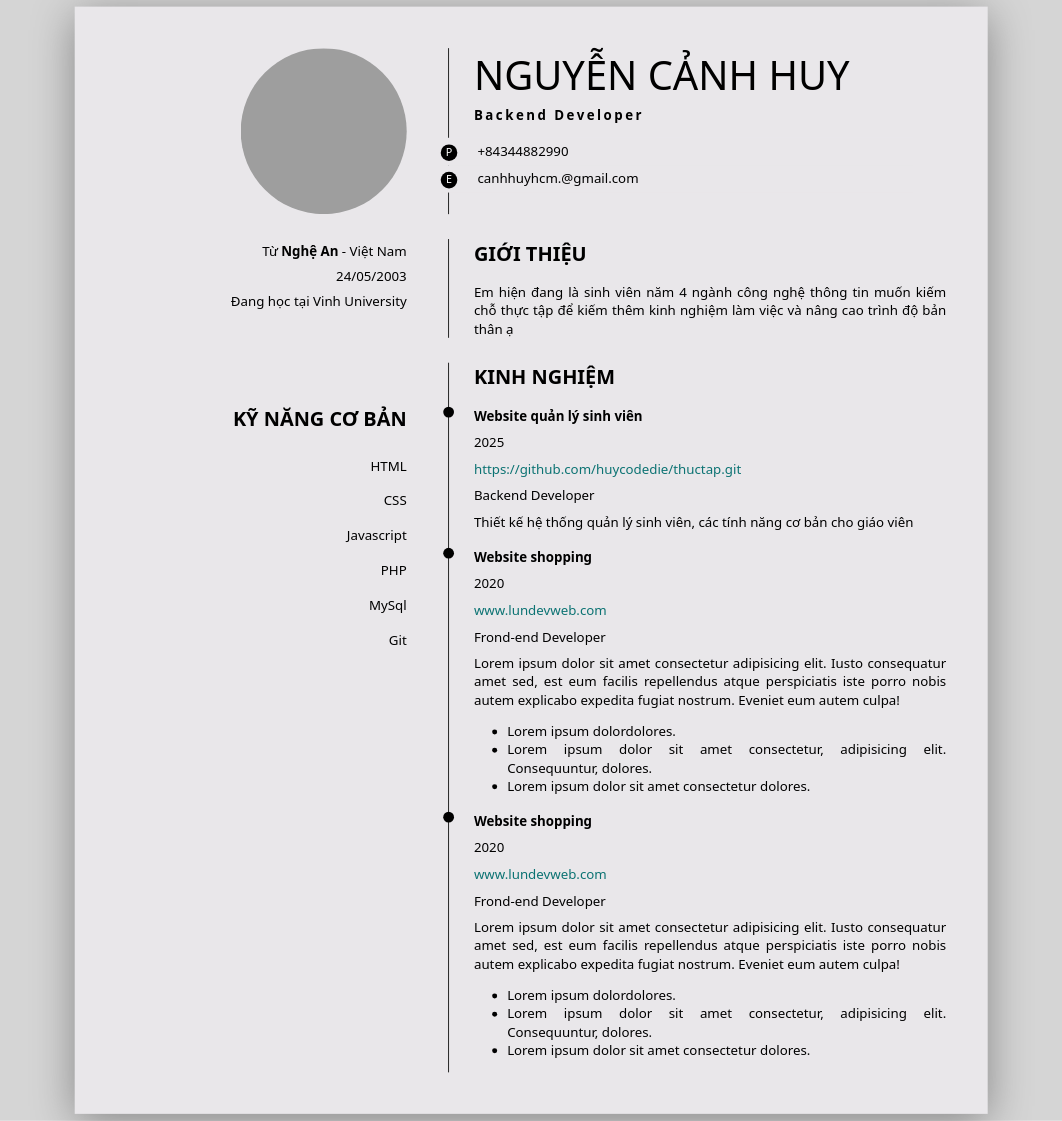
Repository: huycodedie/cv-intern
Page: index.html
An editor plug-in stored every save of this project. The page is shown before and after the next save, followed by the edit.
The browser window is 1280 px wide. The pictures show the whole page, at 83% of full size.
Pictures or frames that could not be fetched are drawn as grey boxes.

Above is the page before, as saved 2025-07-05 23:38:23.

After the next save:
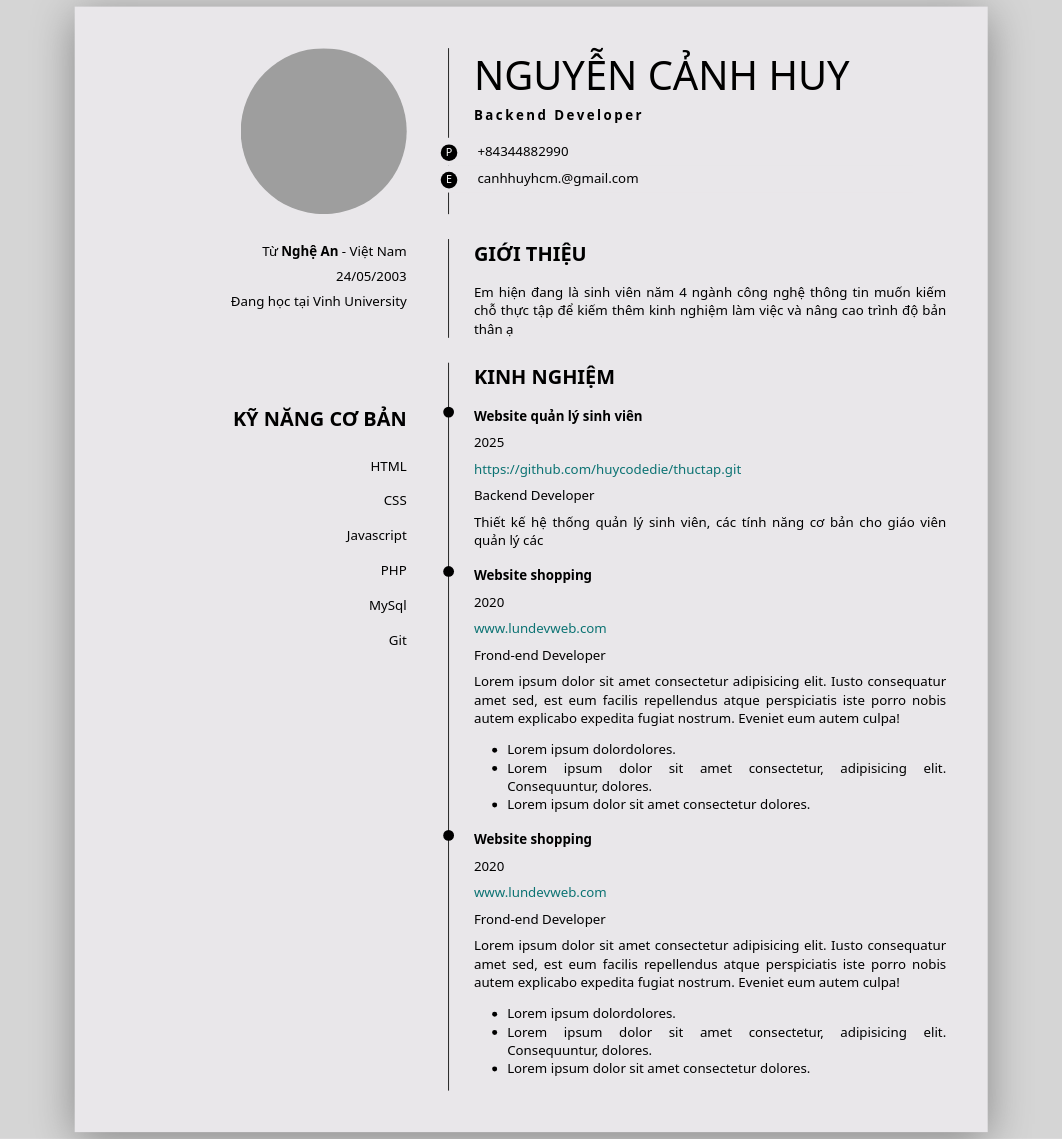
Saved 8 s later.
--- a/index.html
+++ b/index.html
@@ -65,7 +65,7 @@
                      Backend Developer
                 </div>
                 <div class="des">
-                    Thiết kế hệ thống quản lý sinh viên, các tính năng cơ bản cho giáo viên
+                    Thiết kế hệ thống quản lý sinh viên, các tính năng cơ bản cho giáo viên quản lý các
                 </div>
             </div>
 
